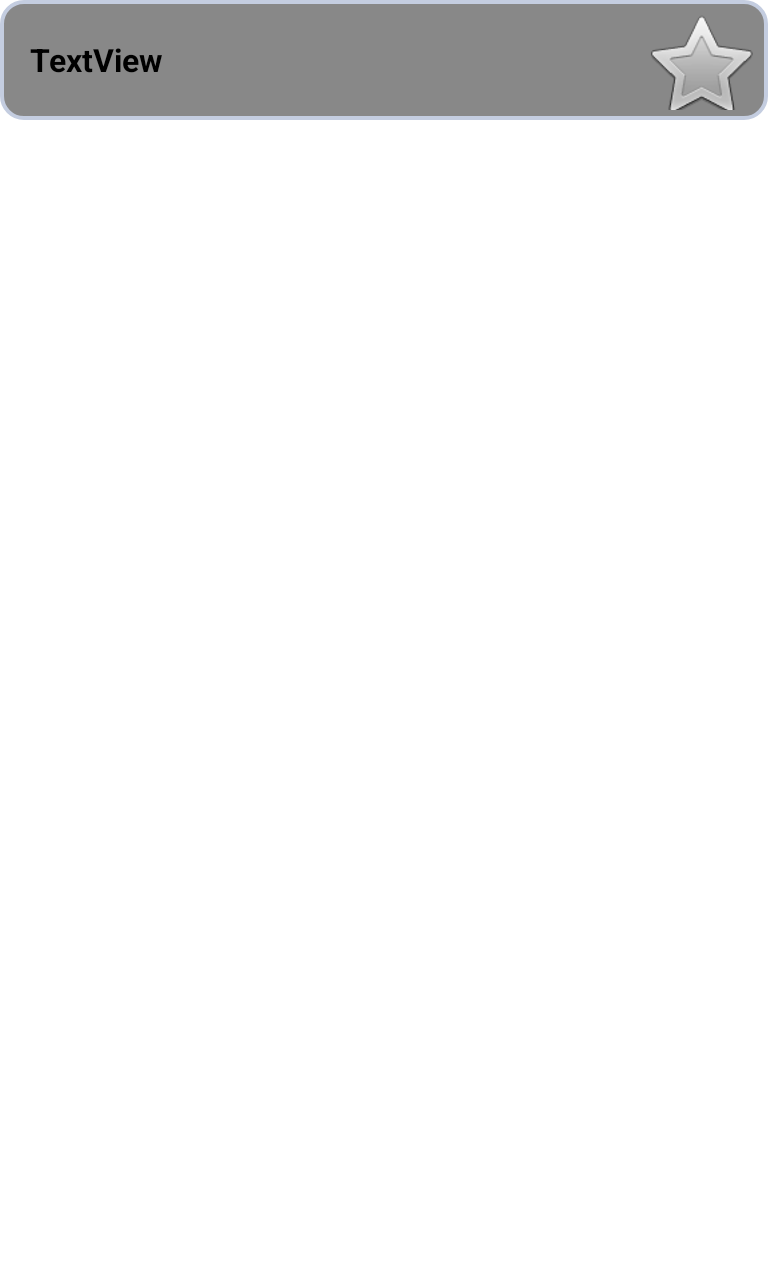
Repository: vinothsridhar/CrickBuzzChallenge
Layout: CricBuzzAndroidApp/res/layout/activity_playerprofile.xml
These files come from the project's save history. The layout is drawn as it stood at one moment and after the next save; the edit follows.
It is drawn on a 768 x 1280 px phone screen (xhdpi) without system bars, with theme AppTheme; the app's code is not run.

Above is the layout before, as saved 2014-12-20 13:32:55.

### CricBuzzAndroidApp/res/layout/activity_playerprofile.xml
<RelativeLayout xmlns:android="http://schemas.android.com/apk/res/android"
    xmlns:tools="http://schemas.android.com/tools"
    android:layout_width="match_parent"
    android:layout_height="match_parent">

    <include
        layout="@layout/playlist_item" />

</RelativeLayout>

### CricBuzzAndroidApp/res/values/styles.xml
<resources xmlns:android="http://schemas.android.com/apk/res/android">
    <style name="AppBaseTheme" parent="@android:style/Theme.Light.NoTitleBar">
    </style>

    <style name="AppTheme" parent="AppBaseTheme">
    </style>

    <style name="BoldText">
        <item name="android:textSize">@dimen/medium_text</item>
        <item name="android:textStyle">bold</item>
        <item name="android:padding">5dp</item>
    </style>

    <style name="TitleText">
        <item name="android:textSize">@dimen/big_text</item>
        <item name="android:background">@color/black</item>
        <item name="android:textColor">@color/white</item>
        <item name="android:textStyle">bold</item>
        <item name="android:gravity">center_vertical</item>
        <item name="android:padding">5dp</item>
    </style>

    <style name="TitleIcon" parent="@android:style/Widget.TabWidget">
        <item name="android:gravity">center_vertical</item>
        <item name="android:background">@drawable/tab_holo</item>
        <item name="android:paddingLeft">5dp</item>
        <item name="android:paddingRight">5dp</item>
    </style>

    <style name="TotalText" parent="BoldText">
        <item name="android:textColor">@color/black</item>
        <item name="android:background">@color/yellow</item>
        <item name="android:weightSum">2</item>
        <item name="android:gravity">center</item>
    </style>

    <style name="PlayerNameText">
        <item name="android:textColor">@color/black</item>
        <item name="android:textSize">@dimen/big_text</item>
        <item name="android:paddingLeft">10dp</item>
        <item name="android:textStyle">bold</item>
    </style>

</resources>

### CricBuzzAndroidApp/res/layout/playlist_item.xml
<?xml version="1.0" encoding="utf-8"?>
<LinearLayout xmlns:android="http://schemas.android.com/apk/res/android"
    android:layout_width="match_parent"
    android:layout_height="60dp"
    android:layout_gravity="center_vertical"
    android:gravity="center_vertical"
    android:background="@drawable/playerlistitem"
    android:layout_marginBottom="10dp"
    android:clickable="true"
    android:orientation="horizontal" >

    <TextView
        android:id="@+id/playerName"
        android:layout_width="fill_parent"
        android:layout_height="wrap_content"
        android:layout_weight="1"
        style="@style/PlayerNameText"
        android:text="TextView" />

    <RatingBar
        android:id="@+id/ratingBar1"
        android:layout_width="wrap_content"
        android:layout_height="wrap_content"
        android:layout_weight="0"
        android:stepSize="1"
        android:numStars="1" />

</LinearLayout>

### CricBuzzAndroidApp/res/drawable/playerlistitem.xml
<?xml version="1.0" encoding="utf-8"?>
<selector xmlns:android="http://schemas.android.com/apk/res/android">

    <item android:state_pressed="true"><shape android:shape="rectangle">
            <solid android:color="#588687"></solid>

            <stroke android:width="2dp" android:color="#C4CDE0"></stroke>

            <padding android:bottom="5dp" android:left="5dp" android:right="5dp" android:top="5dp"></padding>

            <corners android:radius="11dp"></corners>
        </shape></item>
    <item android:state_pressed="false"><shape android:shape="rectangle">
            <solid android:color="#888888"></solid>

            <stroke android:width="2dp" android:color="#C4CDE0"></stroke>

            <padding android:bottom="5dp" android:left="5dp" android:right="5dp" android:top="5dp"></padding>

            <corners android:radius="11dp"></corners>
        </shape></item>

</selector>

### CricBuzzAndroidApp/res/values/colors.xml
<?xml version="1.0" encoding="utf-8"?>
<resources>
    <color name="black">#000000</color>
    <color name="white">#ffffff</color>
    <color name="yellow">#FFCC00</color>
</resources>

### CricBuzzAndroidApp/res/values/dimens.xml
<resources>

    <!-- Text sizes -->
    <dimen name="small_text">12sp</dimen>
    <dimen name="medium_text">14sp</dimen>
    <dimen name="big_text">16sp</dimen>

</resources>

After the next save:
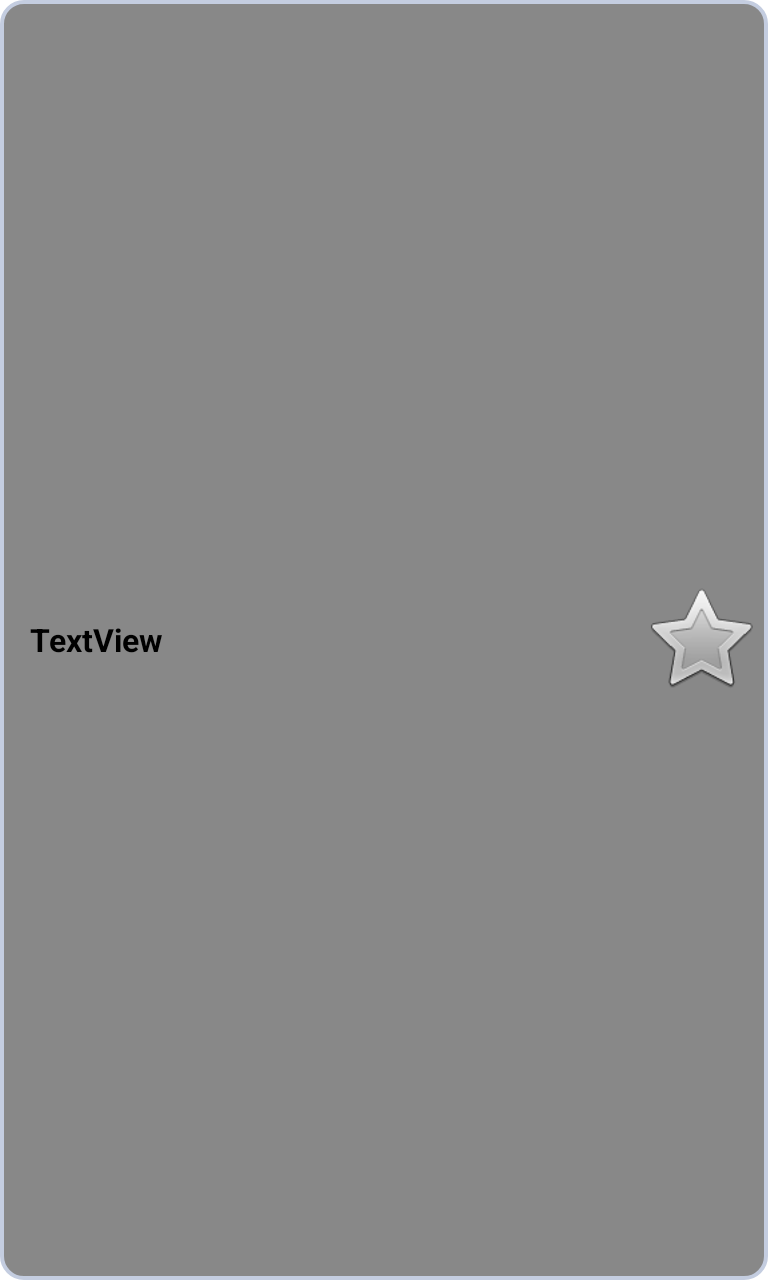
Saved 23 s later.
--- a/CricBuzzAndroidApp/res/layout/activity_playerprofile.xml
+++ b/CricBuzzAndroidApp/res/layout/activity_playerprofile.xml
@@ -4,6 +4,8 @@
     android:layout_height="match_parent">
 
     <include
-        layout="@layout/playlist_item" />
+        layout="@layout/playlist_item"
+        android:layout_width="fill_parent"
+        android:layout_height="fill_parent" />
 
 </RelativeLayout>

After the save that followed:
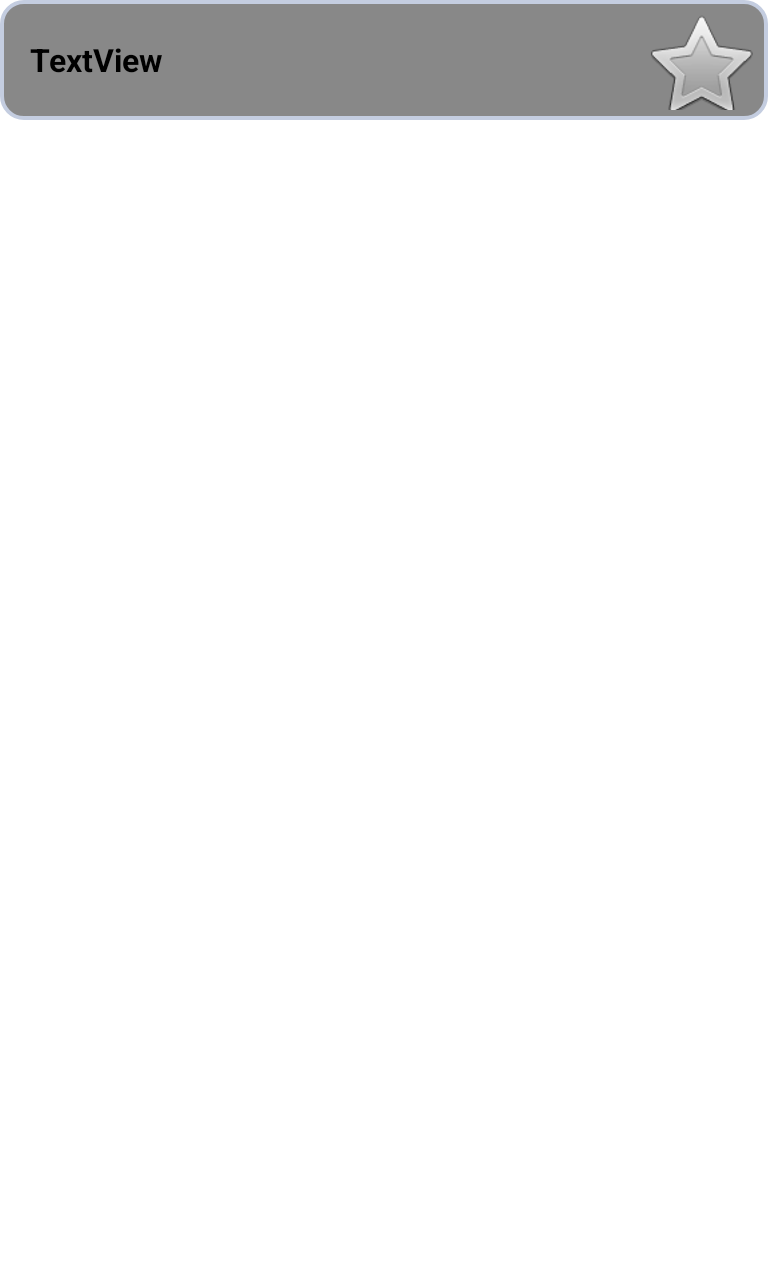
Saved 20 s later.
--- a/CricBuzzAndroidApp/res/layout/activity_playerprofile.xml
+++ b/CricBuzzAndroidApp/res/layout/activity_playerprofile.xml
@@ -4,8 +4,6 @@
     android:layout_height="match_parent">
 
     <include
-        layout="@layout/playlist_item"
-        android:layout_width="fill_parent"
-        android:layout_height="fill_parent" />
+        layout="@layout/playlist_item" />
 
 </RelativeLayout>
